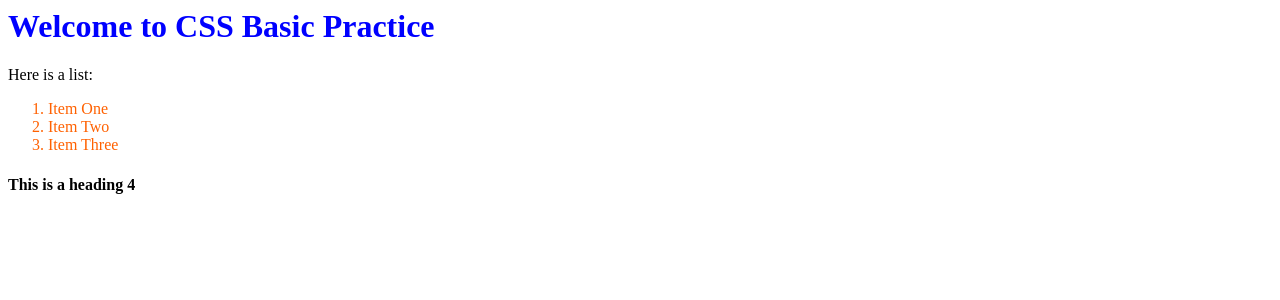
Repository: MonwarAdeeb/Bista_Solutions
Page: HTML & CSS/CSS/Level One/Level_One.html
The author's editor kept a copy of each file at every save. The page is drawn from the files as they stood at one save, then again after the next save.
The browser window is 1280 px wide. The pictures show the whole page.

Above is the page before, as saved 2021-05-19 16:13:25.

### HTML & CSS/CSS/Level One/Level_One.html
<html lang="en">
<head>
    <meta charset="UTF-8">
    <meta http-equiv="X-UA-Compatible" content="IE=edge">
    <meta name="viewport" content="width=device-width, initial-scale=1.0">
    <title>CSS Basics</title>
    <link rel="stylesheet" href="Level_One_CSS.css">
</head>
<body>
    <h1>Welcome to CSS Basic Practice</h1>

    <p>Here is a list:</p>

    <ol>
        <li>Item One</li>
        <li>Item Two</li>
        <li>Item Three</li>
    </ol>

    <h4>This is a heading 4</h4>
</body>
</html>

### HTML & CSS/CSS/Level One/Level_One_CSS.css
/* General Format */
/* selected tag{
    property: value;
} */

h1 {
  color: blue;
}

li {
  color: rgb(255, 97, 0);
}

p {
    color:
}

After the next save:
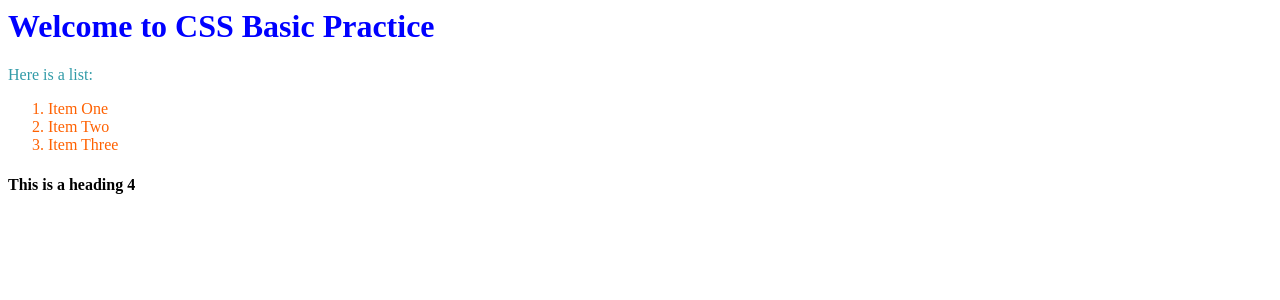
Saved 46 s later.
--- a/HTML & CSS/CSS/Level One/Level_One_CSS.css
+++ b/HTML & CSS/CSS/Level One/Level_One_CSS.css
@@ -12,5 +12,5 @@
 }
 
 p {
-    color:
+  color: #329ba8;
 }
